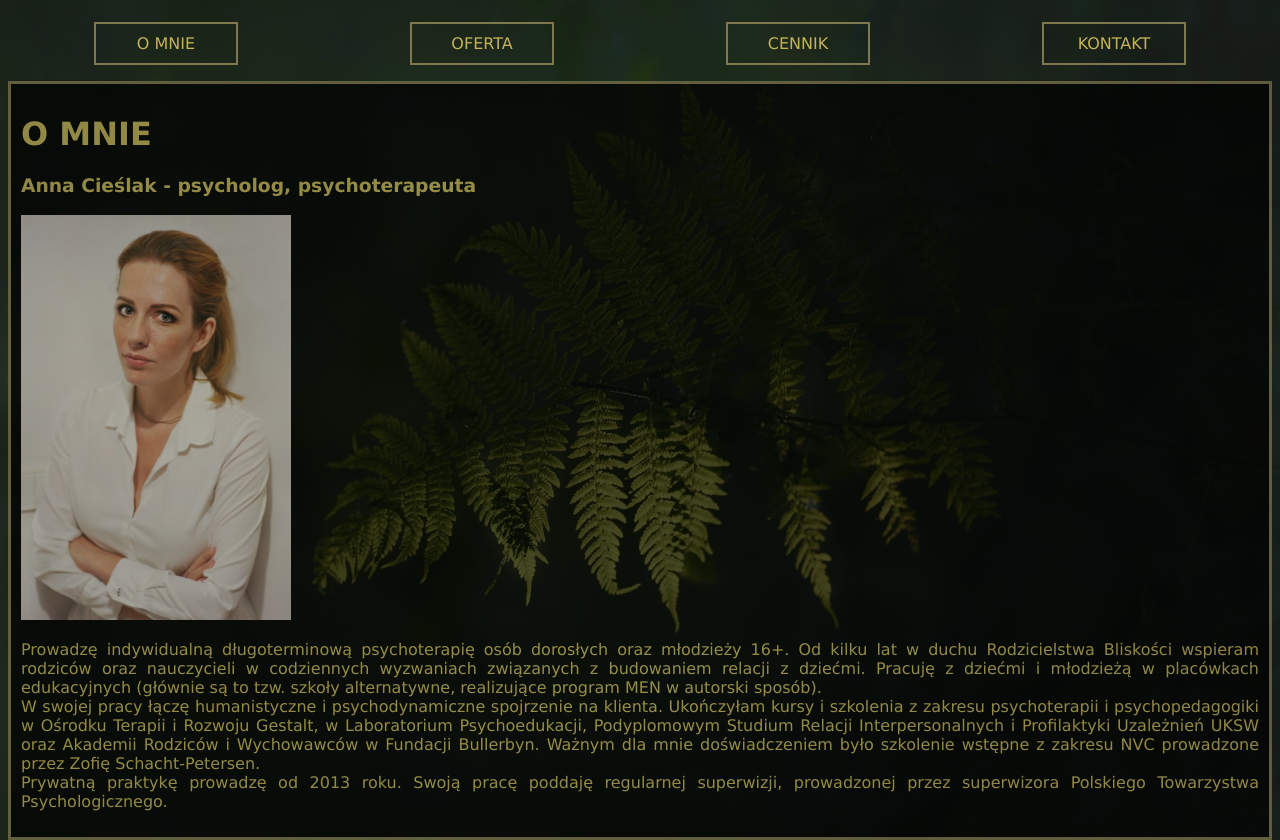
Repository: LechCieslak/Anna_Cieslak_v2.1
Page: index.html
The author's editor kept a copy of each file at every save. The page is drawn from the files as they stood at one save, then again after the next save.
The browser window is 1280 px wide. The pictures show the whole page.
After loading, the first visible `li.li1` was clicked once.

Above is the page before, as saved 2020-10-13 22:06:01.

### index.html
<!DOCTYPE html>
<html lang="pl">
<head>
    <meta charset="UTF-8">
    <meta name="viewport" content="width=device-width, initial-scale=1.0">
    <link rel="stylesheet" href="style.css">
    <title>Przyjazne miejsce</title>
</head>
<body>
    <main>

            <div class="menu">
                <ul>
                    <li class="li1">O MNIE</li>
                    <li class="li2">OFERTA</li>
                    <li class="li3">CENNIK</li>
                    <li class="li4">KONTAKT</li>
                </ul>
            </div>

            <div class="oMnie shape">
                <h1>O MNIE</h1>

                <h3>Anna Cieślak - psycholog, psychoterapeuta </h3>
                <p><img src="images/ac-bio-m.jpg" alt=""></p>
                <p>Prowadzę indywidualną długoterminową psychoterapię osób dorosłych oraz młodzieży 16+. Od kilku lat w duchu Rodzicielstwa Bliskości wspieram rodziców oraz nauczycieli w codziennych wyzwaniach związanych z budowaniem relacji z dziećmi. Pracuję z dziećmi i młodzieżą w placówkach edukacyjnych (głównie są to tzw. szkoły alternatywne, realizujące program MEN w autorski sposób). <br>
                    W swojej pracy łączę humanistyczne i psychodynamiczne spojrzenie na klienta. Ukończyłam kursy i szkolenia z zakresu psychoterapii i psychopedagogiki w Ośrodku Terapii i Rozwoju Gestalt, w Laboratorium Psychoedukacji, Podyplomowym Studium Relacji Interpersonalnych i Profilaktyki Uzależnień UKSW oraz Akademii Rodziców i Wychowawców w Fundacji Bullerbyn. Ważnym dla mnie doświadczeniem było szkolenie wstępne z zakresu NVC prowadzone przez Zofię Schacht-Petersen. <br>
                    Prywatną praktykę prowadzę od 2013 roku. Swoją pracę poddaję regularnej superwizji, prowadzonej przez superwizora Polskiego Towarzystwa Psychologicznego.</p>
                </div>

            <div class="metoda shape">
                <h1>OFERTA</h1>
                <p>psychoterapia indywidualna osób dorosłych
                    <br><br>
                    psychoterapia młodzieży 16+
                    <br><br>
                    wsparcie w rodzicielstwie
                    <br><br>
                    warsztaty</p>
            </div>

            <div class="cennik shape">
                <h1>CENNIK</h1>
                <p><span class="bold">sesja indywidualna (50 minut) 120 zł</span></p>
            </div>

            <div class="kontakt shape">
                <h1>Anna Cieślak</h1>
                <p>psycholog, psychoterapeuta
                    <br><br>
                    tel. 793 42 01 01
                    <br><br>
                    pl. Szembeka 1 lok. 29, Warszawa
                    <br><br><br>
                    <span class="bold">
                    OD STYCZNIA 2021
                    <br><br>
                    Wileńska 14 m. 73, Warszawa
                    </span>
                </p>
            </div>
    </main>


    <script src="app.js"></script>
</body>
</html>

### style.css
* {
    font-family: verdana;
    padding: 0px;
}

body {
    --tlo: #4C6464;
    --text: #C5B358;
    --ramka: #7F784E;
    color: var(--text);
    background-color:#161f1a;
}

ul {
    display: flex;
    justify-content: space-around;
}

img {
    width: 50%;
    height: 50%;
}

.menu li {
    margin-top: 6px;
    padding: 10px;
    display: inline-block;
    border: solid 2px var(--ramka);
    list-style-type: none;
    width: 120px;
    cursor: pointer;
    text-align: center;
}

.shape {
    border: solid 3px var(--ramka);
    margin-right: 8px;
    opacity: 0;
    padding: 10px;
    position: absolute;
    text-align: justify;
    background-color: black;
}

.nowa {
    opacity: 0.7;
}

.bold {
    font-weight: bold;
}

/* RWD
*********
************
********************
*/


@media (min-width: 992px) {
    /* style css */

    body {
        background-repeat: no-repeat;
        background-image: url("images/background-poz.jpg");
    }

    img {
        width: 270px;
    }

}


@media (max-width: 992px) and (min-width: 577px) {
    /* style css */

    body {
        background-repeat: no-repeat;
        background-image: url("images/background-poz.jpg");
    }

    img {
        width: 270px;
    }

}

@media (max-width: 576px) and (min-width: 321px) {
    body {
        /* style css - tel. pionowo */
        font-size: 10px;
        background-position-x: center;
        background-image: url("images/background-pion.jpg");
    }

    .menu li {
        width: 50px;
        height: 8px;
        padding-top: 6px;
    }
}

@media (max-width: 320px) {
    body {
        font-size: 10px;
        background-position-x: center;
        background-image: url("images/background-pion.jpg");
    }

    ul {
        width: 55px;
        display: block;
    }
}

### app.js
let a = document.querySelector('.li1');
let b = document.querySelector('.oMnie');
let c = document.querySelector('.li2');
let d = document.querySelector('.metoda');
let e = document.querySelector('.li3');
let f = document.querySelector('.cennik');
let g = document.querySelector('.li4');
let h = document.querySelector('.kontakt');

a.addEventListener('click', e => {
  b.classList.toggle("nowa");
  d.classList.remove("nowa");
  f.classList.remove("nowa");
  h.classList.remove("nowa");
});


c.addEventListener('click', e => {
  d.classList.toggle("nowa");
  b.classList.remove("nowa");
  f.classList.remove("nowa");
  h.classList.remove("nowa");
});

e.addEventListener('click', e => {
  f.classList.toggle("nowa");
  b.classList.remove("nowa");
  d.classList.remove("nowa");
  h.classList.remove("nowa");
});


g.addEventListener('click', e => {
  h.classList.toggle("nowa");
  b.classList.remove("nowa");
  d.classList.remove("nowa");
  f.classList.remove("nowa");
});

After the next save:
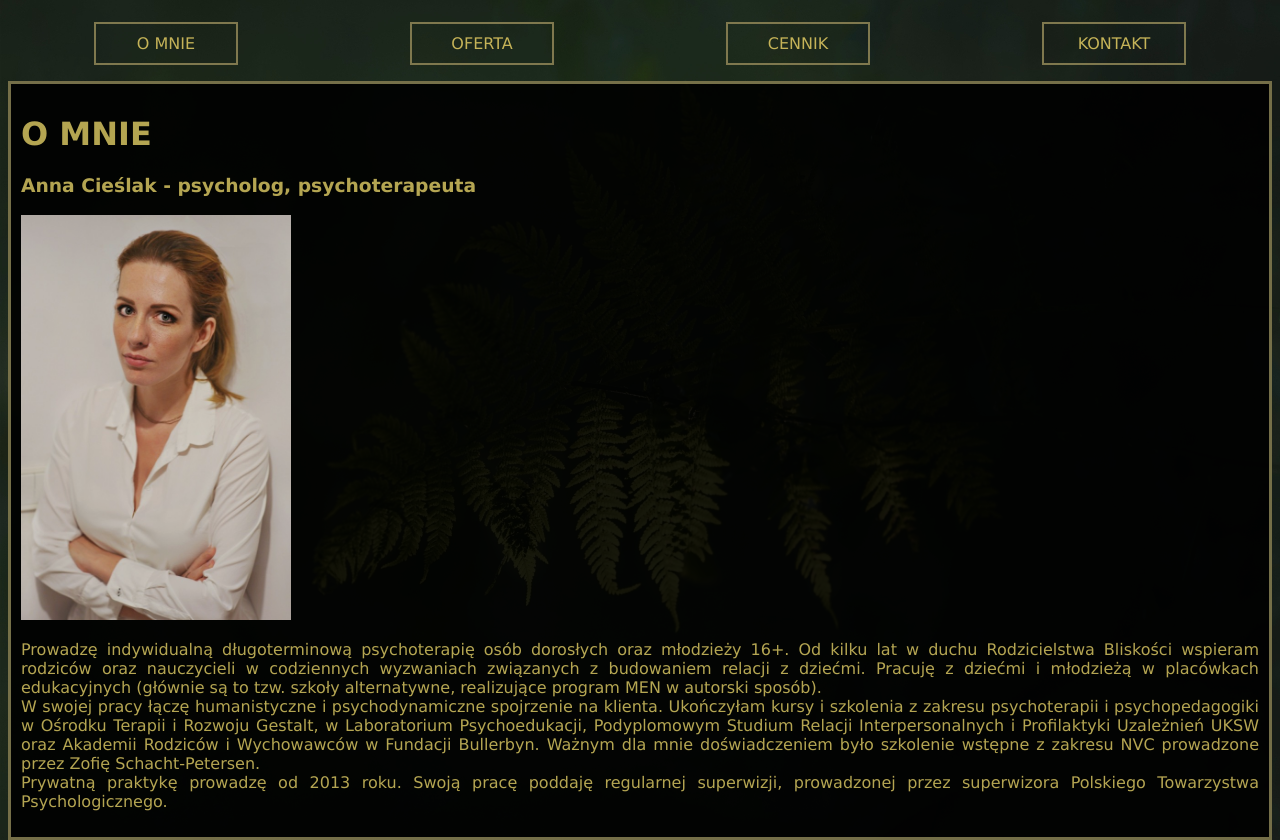
Saved 13 s later.
--- a/style.css
+++ b/style.css
@@ -43,7 +43,7 @@
 }
 
 .nowa {
-    opacity: 0.7;
+    opacity: 0.9;
 }
 
 .bold {
